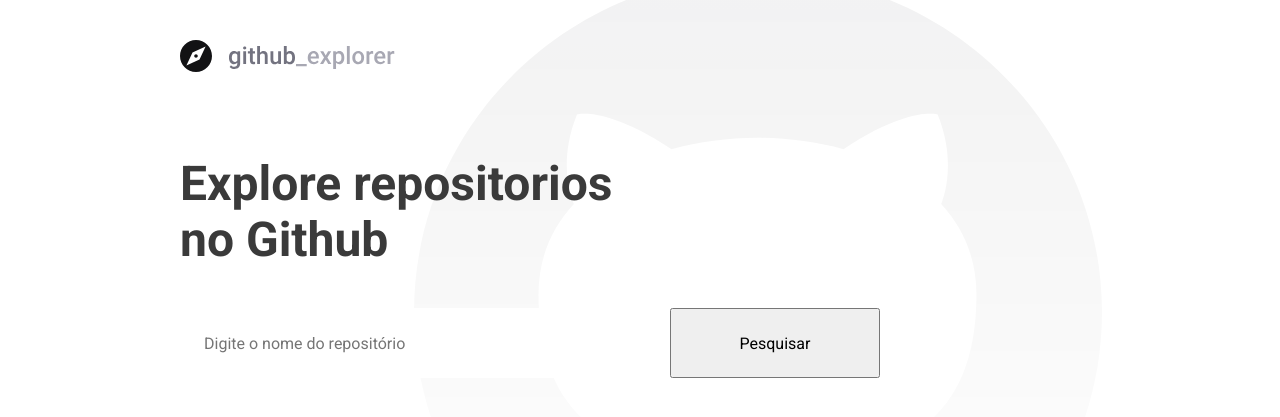
Repository: gutobarbosa/FrontEndLojaVirtual
Page: /
These files come from the project's save history. The page is drawn as it stood at one moment and after the next save; the edit follows.
The browser window is 1280 px wide. The pictures show the whole page.
The project was rebuilt for these pictures with package versions that can differ from the ones it lists, and the page was loaded fresh each time. Also part of the build but not shown: src/pages/Repository/index.tsx.

Above is the page before, as saved 2020-09-06 19:03:04.

After the next save:
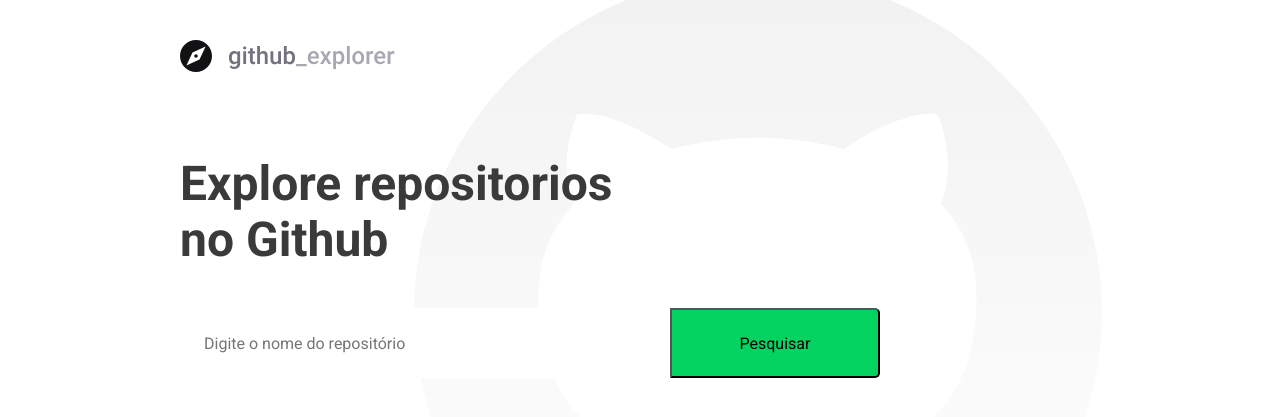
Saved 84 s later.
--- a/src/pages/Dashboard/styles.ts
+++ b/src/pages/Dashboard/styles.ts
@@ -25,6 +25,8 @@
     button {
         width: 210px;
         height: 70px;
+        background: #04D361;
+        border-radius: 0 5px 5px 0;
     }
 
 `;
